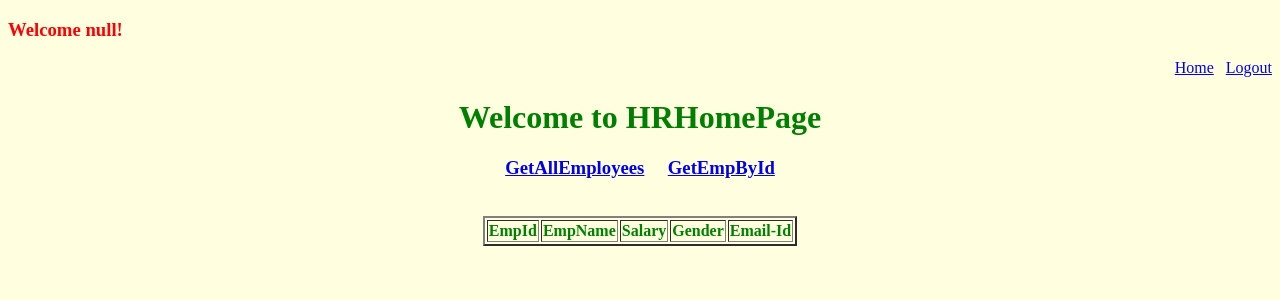
Repository: rajeshyadav3/Advjava
Page: http://localhost/EmpWebApp/GetAllEmps
These files come from the project's save history. The page is drawn as it stood at one moment and after the next save; the edit follows.
The browser window is 1280 px wide. The pictures show the whole page.
The page is served by Tomcat 9. Other server files are loaded and not shown. Queries for data that is not in the repository find no rows.

Above is the page before, as saved 2024-01-09 10:31:01.

### workspace2/EmpWebApp/WebContent/GetAllEmps.jsp
<%@ page language="java" contentType="text/html; charset=ISO-8859-1"
    pageEncoding="ISO-8859-1" import="java.util.List, com.dto.Employee"%>

    <!-- To Use JSTL Core Tags -->
<%@ taglib uri="http://java.sun.com/jsp/jstl/core" prefix="c" %>

<!DOCTYPE html PUBLIC "-//W3C//DTD HTML 4.01 Transitional//EN" "http://www.w3.org/TR/html4/loose.dtd">
<html>
<head>
<meta http-equiv="Content-Type" content="text/html; charset=ISO-8859-1">
<title>Insert title here</title>
</head>
<body>

<jsp:include page="HRHomePage.jsp" />



	<table border="2" align="center">

		<tr>
			<th>EmpId</th>
			<th>EmpName</th>
			<th>Salary</th>
			<th>Gender</th>
			<th>Email-Id</th>
		</tr>

		<c:forEach var="emp" items="${empList}">

		<tr>
			<td> ${ emp.empId } </td>
			<td> ${ emp.empName } </td>
			<td> ${ emp.salary } </td>
			<td> ${ emp.gender } </td>
			<td> ${ emp.emailId } </td>
		</tr>

		</c:forEach>

	</table>

</body>
</html>

### workspace2/EmpWebApp/WebContent/HRHomePage.jsp
<%@ page language="java" contentType="text/html; charset=ISO-8859-1"
    pageEncoding="ISO-8859-1"%>
<!DOCTYPE html PUBLIC "-//W3C//DTD HTML 4.01 Transitional//EN" "http://www.w3.org/TR/html4/loose.dtd">
<html>
<head>
<meta http-equiv="Content-Type" content="text/html; charset=ISO-8859-1">
<title>Insert title here</title>
</head>
<body bgcolor='lightyellow' text='green'>

		<% String emailId = (String) session.getAttribute("emailId"); %>

		<h3 style='color:red;'>Welcome <%= emailId %>!</h3>

		<form align="right">
			<a href="HRHomePage.jsp">Home</a> &nbsp;
			<a href="Logout">Logout</a>
		</form>

		<center>
		<h1>Welcome to HRHomePage</h1>

		<h3><a href='GetAllEmps'>GetAllEmployees</a> &nbsp; &nbsp;
		<a href='GetEmpById.jsp'>GetEmpById</a>
		</h3> <br/>

		</center>

</body>
</html>

### workspace2/EmpWebApp/src/com/web/GetAllEmps.java
package com.web;

import java.io.IOException;
import java.io.PrintWriter;
import java.util.List;

import javax.servlet.RequestDispatcher;
import javax.servlet.ServletException;
import javax.servlet.annotation.WebServlet;
import javax.servlet.http.HttpServlet;
import javax.servlet.http.HttpServletRequest;
import javax.servlet.http.HttpServletResponse;

import com.dao.EmployeeDAO;
import com.dto.Employee;


@WebServlet("/GetAllEmps")
public class GetAllEmps extends HttpServlet {

	protected void doGet(HttpServletRequest request, HttpServletResponse response) throws ServletException, IOException {

		response.setContentType("text/html");
		PrintWriter out = response.getWriter();

		EmployeeDAO empDao = new EmployeeDAO();
		List<Employee> empList = empDao.getAllEmployees();

		if (empList != null) {

			//Storing employees list under request object
			request.setAttribute("empList", empList);

			RequestDispatcher rd = request.getRequestDispatcher("GetAllEmps.jsp");
			rd.forward(request, response);

		} else {

			RequestDispatcher rd = request.getRequestDispatcher("HRHomePage.jsp");
			rd.include(request, response);

			out.println("<center>");
			out.println("<h1 style='color:red;'>Unable to Fetch the Employee Record(s)!!!</h1>");
			out.println("</center>");
	}
	}






	protected void doPost(HttpServletRequest request, HttpServletResponse response) throws ServletException, IOException {

		doGet(request, response);
	}

}

### workspace2/EmpWebApp/src/com/dao/EmployeeDAO.java
package com.dao;

import java.sql.Connection;
import java.sql.PreparedStatement;
import java.sql.ResultSet;
import java.sql.SQLException;
import java.util.ArrayList;
import java.util.List;

import com.db.DbConnection;
import com.dto.Employee;

public class EmployeeDAO {

	public Employee empLogin(String emailId, String password) {
	    Connection con = DbConnection.getConnection();
	    PreparedStatement pst = null;
	    ResultSet rs = null;

	    String loginQuery = "SELECT * FROM emp WHERE emailId=? AND password=?";

	    try {
	        pst = con.prepareStatement(loginQuery);
	        pst.setString(1, emailId);
	        pst.setString(2, password);
	        rs = pst.executeQuery();

	        if (rs != null && rs.next()) {
	            Employee emp = new Employee();
	            emp.setEmpId(rs.getInt("empId"));
	            emp.setEmpName(rs.getString("empName"));
	            emp.setSalary(rs.getDouble("salary"));
	            emp.setGender(rs.getString("gender"));
	            emp.setEmailId(rs.getString("emailId"));
	            emp.setPassword(rs.getString("password"));
	            return emp;
	        }

	    } catch (SQLException e) {
	        e.printStackTrace();
	    } finally {
	        if (con != null) {
	            try {
	                if (rs != null) {
	                    rs.close();
	                }
	                if (pst != null) {
	                    pst.close();
	                }
	                con.close();
	            } catch (SQLException e) {
	                e.printStackTrace();
	            }
	        }
	    }

	    return null;
	}

	public List<Employee> getAllEmployees() {

		Connection con = DbConnection.getConnection();
		PreparedStatement pst = null;
		ResultSet rs = null;
		List<Employee> empList = null;

		String selectQuery = "Select * from emp";


		try {
			pst = con.prepareStatement(selectQuery);
			rs = pst.executeQuery();

			empList = new ArrayList<Employee>();

			while (rs.next()) {
				Employee emp = new Employee();

				emp.setEmpId(rs.getInt(1));
				emp.setEmpName(rs.getString(2));
				emp.setSalary(rs.getDouble(3));
				emp.setGender(rs.getString(4));
				emp.setEmailId(rs.getString(5));
				emp.setPassword(rs.getString(6));

				empList.add(emp);
			}

		} catch (SQLException e) {
			e.printStackTrace();
		}

		finally {
			if (con != null) {
				try {
					rs.close();
					pst.close();
					con.close();
				} catch (SQLException e) {
					e.printStackTrace();
				}
			}
		}

		return empList;


	}

	public int registerEmployee(Employee emp) {

		Connection con = DbConnection.getConnection();
		PreparedStatement pst = null;

		String insertQuery = "insert into emp " +
		"(empName, salary, gender, emailId, password) values (?, ?, ?, ?, ?)";

		try {
			pst = con.prepareStatement(insertQuery);

			pst.setString(1, emp.getEmpName());
			pst.setDouble(2, emp.getSalary());
			pst.setString(3, emp.getGender());
			pst.setString(4, emp.getEmailId());
			pst.setString(5, emp.getPassword());

			return pst.executeUpdate();

		} catch (SQLException e) {
			e.printStackTrace();
		}

		finally {
			if (con != null) {
				try {
					pst.close();
					con.close();
				} catch (SQLException e) {
					e.printStackTrace();
				}
			}
		}

		return 0;



	}

	public Employee getEmployeeById(int empId) {

		Connection con = DbConnection.getConnection();
		PreparedStatement pst = null;
		ResultSet rs = null;

		String selectQuery = "Select * from emp where empId=?";


		try {
			pst = con.prepareStatement(selectQuery);
			pst.setInt(1, empId);
			rs = pst.executeQuery();

			if (rs.next()) {

				Employee emp = new Employee();

				emp.setEmpId(rs.getInt(1));
				emp.setEmpName(rs.getString(2));
				emp.setSalary(rs.getDouble(3));
				emp.setGender(rs.getString(4));
				emp.setEmailId(rs.getString(5));
				emp.setPassword(rs.getString(6));

				return emp;
			}

		} catch (SQLException e) {
			e.printStackTrace();
		}

		finally {
			if (con != null) {
				try {
					rs.close();
					pst.close();
					con.close();
				} catch (SQLException e) {
					e.printStackTrace();
				}
			}
		}

		return null;
	}


}

### workspace2/EmpWebApp/src/com/db/DbConnection.java
package com.db;

import java.sql.Connection;
import java.sql.DriverManager;
import java.sql.SQLException;

public class DbConnection {

	public static Connection getConnection() {

		Connection con = null;
		String url = "jdbc:mysql://localhost:3306/fsd57";

		try {
			Class.forName("com.mysql.cj.jdbc.Driver");
			con = DriverManager.getConnection(url, "root", "root");
		} catch (ClassNotFoundException | SQLException e) {
			e.printStackTrace();
		}


		return con;
	}

}

After the next save:
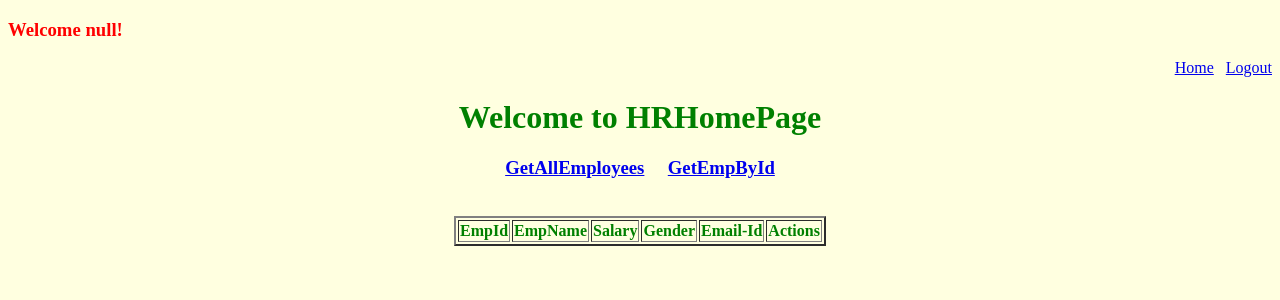
Saved 13 min 33 s later.
--- a/workspace2/EmpWebApp/WebContent/GetAllEmps.jsp
+++ b/workspace2/EmpWebApp/WebContent/GetAllEmps.jsp
@@ -24,19 +24,24 @@
 			<th>Salary</th>
 			<th>Gender</th>
 			<th>Email-Id</th>
+			<th colspan="2">Actions</th>
 		</tr>
 
 		<c:forEach var="emp" items="${empList}">
 
 		<tr>
-			<td> ${ emp.empId } </td>
+			<td> ${ emp.empId   } </td>
 			<td> ${ emp.empName } </td>
-			<td> ${ emp.salary } </td>
-			<td> ${ emp.gender } </td>
+			<td> ${ emp.salary  } </td>
+			<td> ${ emp.gender  } </td>
 			<td> ${ emp.emailId } </td>
+			<td> Edit   </td>
+			<td> <a href='DeleteEmployee?empId=${emp.empId}'>Delete</a> </td>
 		</tr>
 
 		</c:forEach>
+
+
 
 	</table>
 
